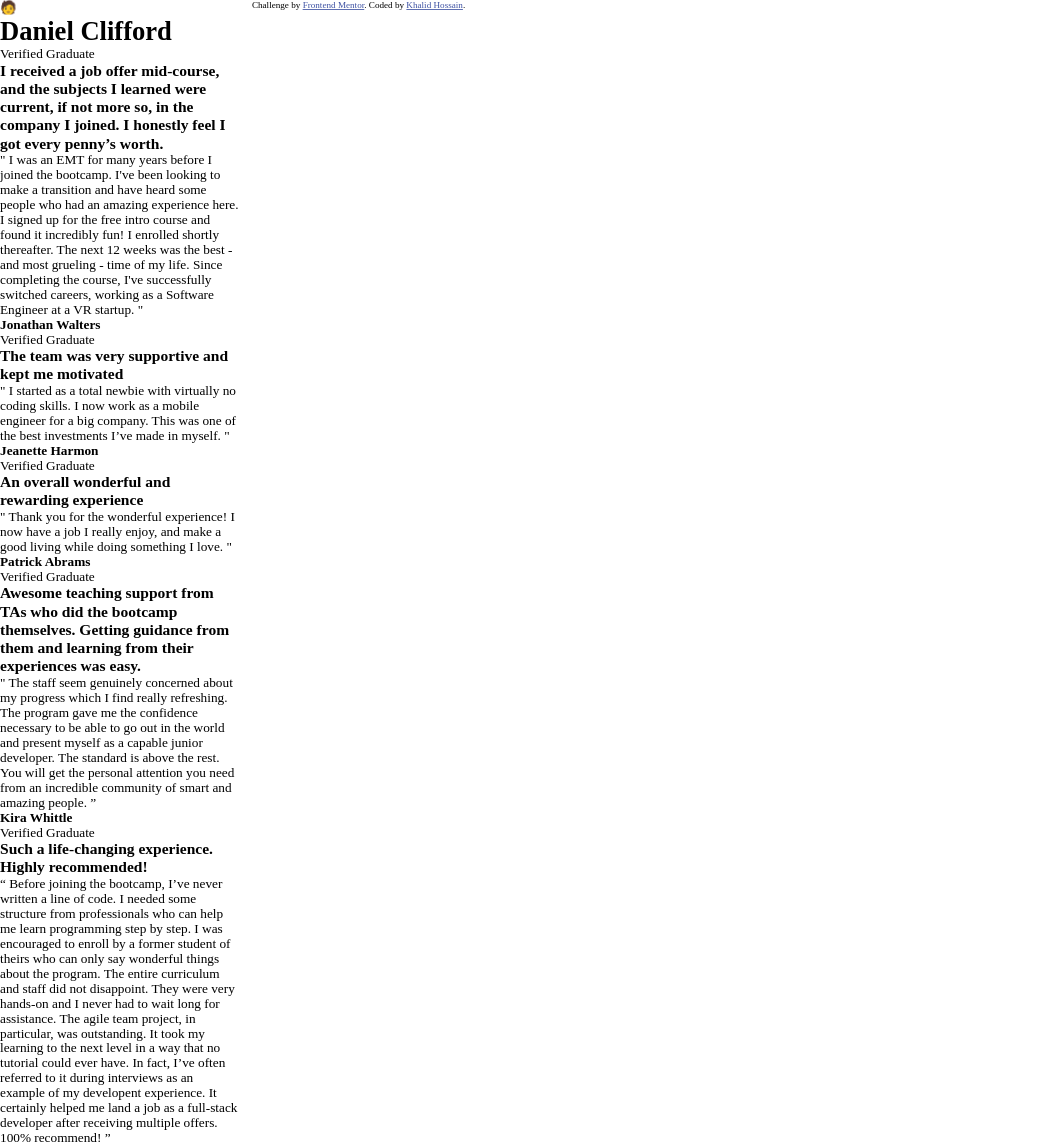
Repository: badhon252/Testimonials-Grid-Section
Page: index.html
An editor plug-in stored every save of this project. The page is shown before and after the next save, followed by the edit.
The browser window is 1280 px wide. The pictures show the whole page, at 83% of full size.

Above is the page before, as saved 2023-02-18 15:16:14.

After the next save:
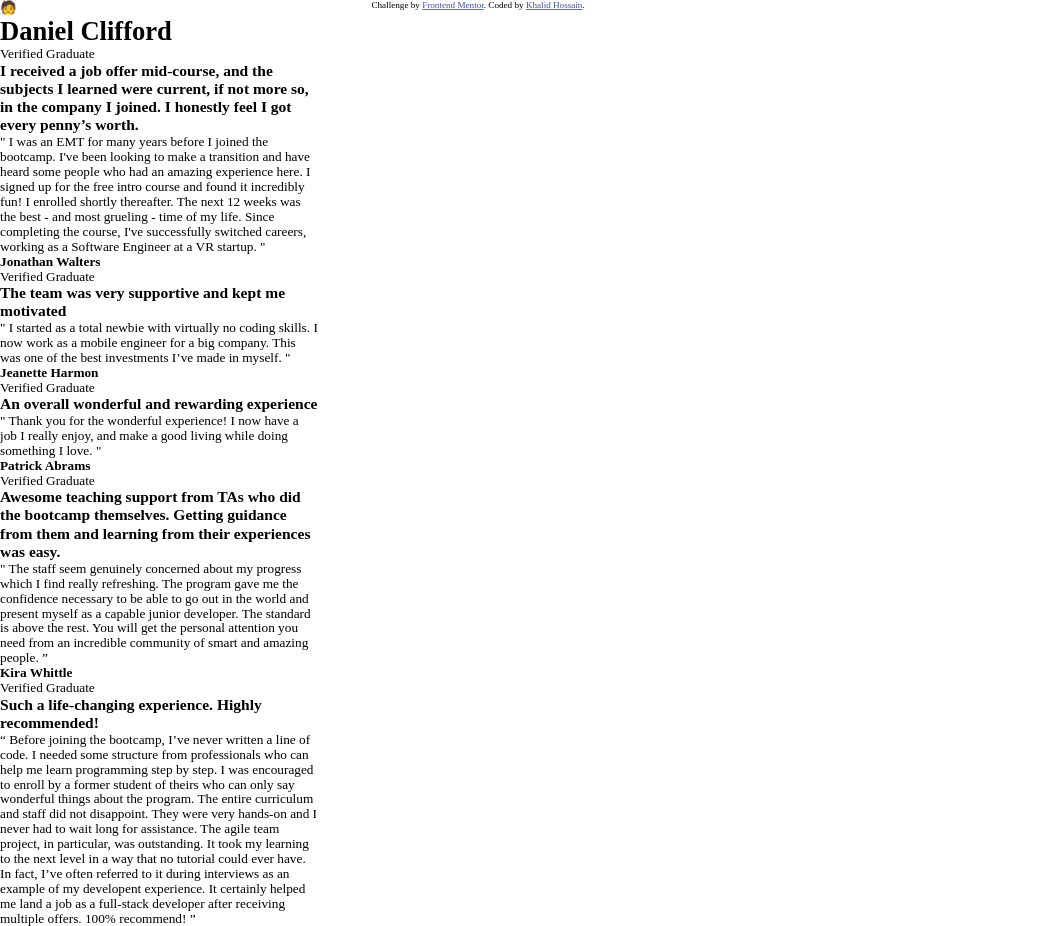
Saved 9 s later.
--- a/css/style.css
+++ b/css/style.css
@@ -12,8 +12,8 @@ body {
     max-height: 90%;
     max-width: 90%;
     display: grid;
-    grid-template-columns: repeat(4, 1fr);
-    grid-template-rows: repeat(4, 1fr);
+    grid-template-columns: repeat(3, 1fr);
+    grid-template-rows: repeat(3, 1fr);
 }
 
 .attribution {
